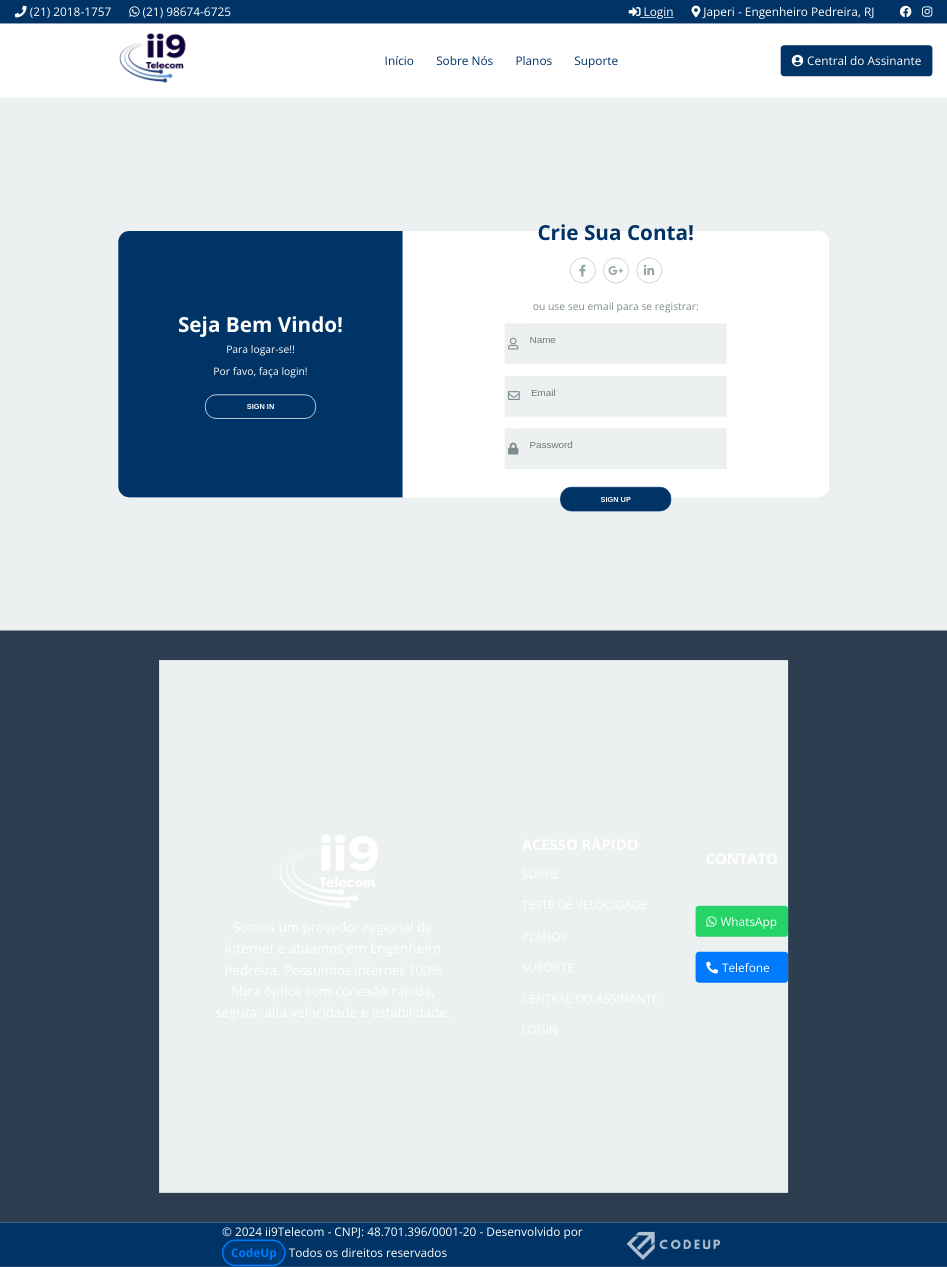
Repository: Gcodeco/ii9Telecom
Page: dist/public/screens/login.html
An editor plug-in stored every save of this project. The page is shown before and after the next save, followed by the edit.
The browser window is 1280 px wide. The pictures show the whole page, at 74% of full size.
Some web libraries are served in a nearby version.

Above is the page before, as saved 2024-10-31 19:40:58.
Console error: TypeError: Cannot read properties of null (reading 'addEventListener')

### dist/public/screens/login.html
<!DOCTYPE html>
<html lang="pt-br">
<head>
    <meta charset="UTF-8">
    <meta name="viewport" content="width=device-width, initial-scale=1.0">
    <title>ii9Telecom</title>
    <link rel="icon" href="img/fave.png" type="image/png">
    <link rel="stylesheet" href="../css/stylequemsomoslogo.css">

    <link rel="stylesheet" href="https://cdnjs.cloudflare.com/ajax/libs/font-awesome/5.15.4/css/all.min.css"> <!-- Para os ícones -->
    <link rel="stylesheet" href="https://cdnjs.cloudflare.com/ajax/libs/font-awesome/6.0.0-beta3/css/all.min.css">
    <link href="https://fonts.googleapis.com/css2?family=Roboto:wght@400;700&display=swap" rel="stylesheet">
    <link rel="stylesheet" href="../css/style.css">
    <link rel="stylesheet" href="https://use.fontawesome.com/releases/v5.8.2/css/all.css"
        integrity="sha384-oS3vJWv+0UjzBfQzYUhtDYW+Pj2yciDJxpsK1OYPAYjqT085Qq/1cq5FLXAZQ7Ay" crossorigin="anonymous">
</head>
<body>
    <header class="header-top">
        <div class="contact-info">
            <span><i class="fas fa-phone"></i> (21) 2018-1757</span>
            <span><i class="fab fa-whatsapp"></i> (21) 98674-6725</span>
        </div>
        <div class="social-info">

            <span><a href="login.html"><i class="fas fa-sign-in-alt"></i> Login</a></span>
            <span><i class="fas fa-map-marker-alt"></i> Japeri - Engenheiro Pedreira, RJ</span>
            <a href="https://facebook.com" target="_blank"><i class="fab fa-facebook"></i></a>
            <a href="https://instagram.com" target="_blank"><i class="fab fa-instagram"></i></a>
        </div>
    </header>

    <nav>
        <img src="../img/Novo Projeto.png" alt="ii9Telecom" class="logo1">
        <ul>
            <li><a href="../index.html">Início</a></li>
            <li><a href="#sobre">Sobre Nós</a></li>
            <li><a href="#planos">Planos</a></li>
            <section id="suporte">
                <li><a href="suporte">Suporte</a></li>
            </section>
        </ul>
        <section id="centraldoassinante">
        <a  href="https://ii9telecom.atlaz.com.br/central" class="subscriber-button">
            <i class="fas fa-user-circle"></i> Central do Assinante
        </a>
    </section>
    </nav>



    <div class="container">
        <div class="content first-content">
            <div class="first-column">
                <h2 class="title title-primary">Seja Bem Vindo!</h2>
                <p class="description description-primary">Para logar-se!!</p>
                <p class="description description-primary">Por favo, faça login!</p>
                <button id="signin" class="btn btn-primary">sign in</button>
            </div>
            <div class="second-column">
                <h2 class="title title-second">Crie Sua Conta!</h2>
                <div class="social-media">
                    <ul class="list-social-media">
                        <a class="link-social-media" href="#">
                            <li class="item-social-media">
                                <i class="fab fa-facebook-f"></i>
                            </li>
                        </a>
                        <a class="link-social-media" href="#">
                            <li class="item-social-media">
                                <i class="fab fa-google-plus-g"></i>
                            </li>
                        </a>
                        <a class="link-social-media" href="#">
                            <li class="item-social-media">
                                <i class="fab fa-linkedin-in"></i>
                            </li>
                        </a>
                    </ul>
                </div><!-- social media -->
                <p class="description description-second">ou use seu email para se registrar:</p>
                <form class="form">
                    <label class="label-input" for="">
                        <i class="far fa-user icon-modify"></i>
                        <input type="text" placeholder="Name">
                    </label>

                    <label class="label-input" for="">
                        <i class="far fa-envelope icon-modify"></i>
                        <input type="email" placeholder="Email">
                    </label>

                    <label class="label-input" for="">
                        <i class="fas fa-lock icon-modify"></i>
                        <input type="password" placeholder="Password">
                    </label>


                    <button class="btn btn-second">sign up</button>
                </form>
            </div><!-- second column -->
        </div><!-- first content -->
        <div class="content second-content">
            <div class="first-column">
                <h2 class="title title-primary">Olá Amigo!</h2>
                <p class="description description-primary">Insira seus dados pessoais</p>
                <p class="description description-primary">e comece a jornada conosco</p>
                <button id="signup" class="btn btn-primary">sign up</button>
            </div>
            <div class="second-column">
                <h2 class="title title-second">Faça Login na ii9TELECOM!</h2>
                <div class="social-media">
                    <ul class="list-social-media">
                        <a class="link-social-media" href="#">
                            <li class="item-social-media">
                                <i class="fab fa-facebook-f"></i>
                            </li>
                        </a>
                        <a class="link-social-media" href="#">
                            <li class="item-social-media">
                                <i class="fab fa-google-plus-g"></i>
                            </li>
                        </a>
                        <a class="link-social-media" href="#">
                            <li class="item-social-media">
                                <i class="fab fa-linkedin-in"></i>
                            </li>
                        </a>
                    </ul>
                </div><!-- social media -->
                <p class="description description-second">or use your email account:</p>
                <form class="form">

                    <label class="label-input" for="">
                        <i class="far fa-envelope icon-modify"></i>
                        <input type="email" placeholder="Email">
                    </label>

                    <label class="label-input" for="">
                        <i class="fas fa-lock icon-modify"></i>
                        <input type="password" placeholder="Password">
                    </label>

                    <a class="password" href="#">forgot your password?</a>
                    <button class="btn btn-second">sign in</button>
                </form>
            </div><!-- second column -->
        </div><!-- second-content -->
    </div>
    <script src="../js/app.js"></script>

    <section id="servicos-contato" class="faixa">
        <div class="container">

            <div class="texto-container">
                <img src="../img/Novo Projeto.png" alt="ii9Telecom" class="logo">
                <p class="texto1">Somos um provedor regional de internet e atuamos em Engenheiro Pedreira. Possuímos internet 100% fibra óptica com conexão rápida, segura, alta velocidade e estabilidade.</p>
            </div>
            <section id="acessorapido" class="acesso-rapido">
                <p class="titulo-acesso">ACESSO RÁPIDO</p>
                <p><a href="#sobre">SOBRE</a></p>
                <p><a href="https://fast.com/pt/" target="_blank">TESTE DE VELOCIDADE</a></p>
                <p><a href="#planos">PLANOS</a></p>
                <p><a href="#suporte">SUPORTE</a></p>
                <p><a href="#centraldoassinante">CENTRAL DO ASSINANTE</a></p>
                <p><a href="#login">LOGIN</a></p>
            </section>
            <section id="contato" class="contato-rapido">
                <p class="titulo-contato">CONTATO</p>

                <div class="botoes-contato">
                    <a href="https://api.whatsapp.com/send?phone=5521996830145" class="btn-whatsapp" target="_blank">
                        <i class="fab fa-whatsapp"></i> WhatsApp
                    </a>
                    <a href="tel:+5521996830145" class="btn-telefone">
                        <i class="fas fa-phone-alt"></i> Telefone
                    </a>
                </div>
            </section>
            </div>
            </section>

        </div>
    </section>



    <footer>
        <p>© 2024 ii9Telecom  - CNPJ: 48.701.396/0001-20 - Desenvolvido por <a href="mailto:codeco.gcs@gmail.com" class="destaque">CodeUp</a> Todos os direitos reservados       </p>
                      <img src="../img/CODEUP.png" alt="codeup">
    </footer>


    <script>
        let currentSlide = 0;

        function showSlide(index) {
            const slides = document.querySelectorAll('.carousel-image');
            if (index >= slides.length) {
                currentSlide = 0;
            } else if (index < 0) {
                currentSlide = slides.length - 1;
            } else {
                currentSlide = index;
            }

            slides.forEach((slide, i) => {
                slide.classList.remove('active');
                if (i === currentSlide) {
                    slide.classList.add('active');
                }
            });
        }

        function moveSlide(direction) {
            showSlide(currentSlide + direction);
        }

        // Mudar automaticamente de slide a cada 5 segundos
        setInterval(() => {
            moveSlide(1);
        }, 5000);


        const image = document.querySelector('.about-image');

image.addEventListener('mouseover', () => {
    image.style.transform = 'rotate(-5deg)';
});

image.addEventListener('mouseout', () => {
    image.style.transform = 'rotate(5deg)';
});
    </script>
</body>
</html>

### dist/public/css/style.css
@import url('https://fonts.googleapis.com/css?family=Open+Sans:300,400,700&display=swap');
* {
    margin: 0;
    padding: 0;
    box-sizing: border-box;

}
body {
    font-family: 'Open Sans', sans-serif;
}
.container {
    display: flex;
    justify-content: center;
    align-items: center;
    height: 100vh;
    background-color: #ecf0f1;
}
.content {
    background-color: #fff;
    border-radius: 15px;
    width: 960px;
    height: 50%;
    justify-content: space-between;
    align-items: center;
    position: relative;
}
.content::before {
    content: "";
    position: absolute;
    background-color: #003366;
    width: 40%;
    height: 100%;
    border-top-left-radius: 15px;
    border-bottom-left-radius: 15px;


    left: 0;
}
.title {
    font-size: 28px;
    font-weight: bold;

}
.title-primary {
    color: #fff;
}
.title-second {
    color: #003366;
}
.description {
    font-size: 14px;
    font-weight: 300;
    line-height: 30px;
}
.description-primary {
    color: #fff;
}
.description-second {
    color: #7f8c8d;
}
.btn {
    border-radius: 15px;
    text-transform: uppercase;
    color: #fff;
    font-size: 10px;
    padding: 10px 50px;
    cursor: pointer;
    font-weight: bold;
    width: 150px;
    align-self: center;
    border: none;
    margin-top: 1rem;
}
.btn-primary {
    background-color: transparent;
    border: 1px solid #fff;
    transition: background-color .5s;
}
.btn-primary:hover {
    background-color: #fff;
    color: #003366;
}
.btn-second {
    background-color: #003366;
    border: 1px solid #003366;
    transition: background-color .5s;
}
.btn-second:hover {
    background-color: #fff;
    border: 1px solid #003366;
    color: #003366;
}
.first-content {
    display: flex;
}
.first-content .second-column {
    z-index: 11;
}
.first-column {
    text-align: center;
    width: 40%;
    z-index: 10;
}
.second-column {
    width: 60%;
    display: flex;
    flex-direction: column;
    align-items: center;
}
.social-media {
    margin: 1rem 0;
}
.link-social-media:not(:first-child){
    margin-left: 10px;
}
.link-social-media .item-social-media {
    transition: background-color .5s;
}
.link-social-media:hover .item-social-media{
    background-color: #003366;
    color: #fff;
    border-color: #003366;
}
.list-social-media {
    display: flex;
    list-style-type: none;
}
.item-social-media {
    border: 1px solid #bdc3c7;
    border-radius: 50%;
    width: 35px;
    height: 35px;
    line-height: 35px;
    text-align: center;
    color: #95a5a6;
}
.form {
    display: flex;
    flex-direction: column;
    width: 55%;
}
.form input {
    height: 45px;
    width: 100%;
    border: none;
    background-color: #ecf0f1;
}
input:-webkit-autofill
{
    -webkit-box-shadow: 0 0 0px 1000px #ecf0f1 inset !important;
    -webkit-text-fill-color: #000 !important;
}
.label-input {
    background-color: #ecf0f1;
    display: flex;
    align-items: center;
    margin: 8px;
}
.icon-modify {
    color: #7f8c8d;
    padding: 0 5px;
}

/* second content*/

.second-content {
    position: absolute;
    display: flex;
}
.second-content .first-column {
    order: 2;
    z-index: -1;
}
.second-content .second-column {
    order: 1;
    z-index: -1;
}
.password {
    color: #34495e;
    font-size: 14px;
    margin: 15px 0;
    text-align: center;
}
.password::first-letter {
    text-transform: capitalize;
}



.sign-in-js .first-content .first-column {
    z-index: -1;
}

.sign-in-js .second-content .second-column {
    z-index: 11;
}
.sign-in-js .second-content .first-column {
    z-index: 13;
}

.sign-in-js .content::before {
    left: 60%;
    border-top-left-radius: 0;
    border-bottom-left-radius: 0;
    border-top-right-radius: 15px;
    border-bottom-right-radius: 15px;
    animation: slidein 1.3s; /*MODIFIQUEI DE 3s PARA 1.3s*/

    z-index: 12;
}

.sign-up-js .content::before {
    animation: slideout 1.3s; /*MODIFIQUEI DE 3s PARA 1.3s*/

    z-index: 12;
}

.sign-up-js .second-content .first-column,
.sign-up-js .second-content .second-column {
    z-index: -1;
}

.sign-up-js .first-content .second-column {
    z-index: 11;
}

.sign-up-js .first-content .first-column {
    z-index: 13;
}


/* DESLOCAMENTO CONTEÚDO ATRÁS DO CONTENT:BEFORE*/
.sign-in-js .first-content .second-column {

    z-index: -1;
    position: relative;
    animation: deslocamentoEsq 1.3s; /*MODIFIQUEI DE 3s PARA 1.3s*/
}

.sign-up-js .second-content .second-column {
    position: relative;
    z-index: -1;
    animation: deslocamentoDir 1.3s; /*MODIFIQUEI DE 3s PARA 1.3s*/
}

/*ANIMAÇÃOO CSS PARA O CONTEÚDO*/

@keyframes deslocamentoEsq {

    from {
        left: 0;
        opacity: 1;
        z-index: 12;
    }

    25% {
        left: -80px;
        opacity: .5;
        /* z-index: 12; NÃO HÁ NECESSIDADE */
    }

    50% {
        left: -100px;
        opacity: .2;
        /* z-index: 12; NÃO HÁ NECESSIDADE */
    }

    to {
        left: -110px;
        opacity: 0;
        z-index: -1;
    }
}


@keyframes deslocamentoDir {

    from {
        left: 0;
        z-index: 12;
    }

    25% {
        left: 80px;
        /* z-index: 12;  NÃO HÁ NECESSIDADE*/
    }

    50% {
        left: 100px;
        /* z-index: 12; NÃO HÁ NECESSIDADE*/
        /* background-color: yellow;  Exemplo que dei no vídeo*/
    }

    to {
        left: 110px;
        z-index: -1;
    }
}


/*ANIMAÇÃO CSS*/

@keyframes slidein {

    from {
        left: 0;
        width: 40%;
    }

    25% {
        left: 5%;
        width: 50%;
    }

    50% {
        left: 25%;
        width: 60%;
    }

    75% {
        left: 45%;
        width: 50%;
    }

    to {
        left: 60%;
        width: 40%;
    }
}

@keyframes slideout {

    from {
        left: 60%;
        width: 40%;
    }

    25% {
        left: 45%;
        width: 50%;
    }

    50% {
        left: 25%;
        width: 60%;
    }

    75% {
        left: 5%;
        width: 50%;
    }

    to {
        left: 0;
        width: 40%;
    }
}

/*VERSÃO MOBILE*/
@media screen and (max-width: 1040px) {
    .content {
        width: 100%;
        height: 100%;
    }

    .content::before {
        width: 100%;
        height: 40%;
        top: 0;
        border-radius: 0;
    }
    .first-content, .second-content {
        flex-direction: column;
        justify-content: space-around;
    }

    .first-column, .second-column {
        width: 100%;
    }

    .sign-in-js .content::before {
        top: 60%;
        left: 0;
        border-radius: 0;

    }

    .form {
        width: 90%;
    }

    /* ANIMAÇÃO MOBILE CSS*/

    @keyframes deslocamentoEsq {

        from {
            top: 0;
            opacity: 1;
            z-index: 12;
        }

        25% {
            top: -80px;
            opacity: .5;
            /* z-index: 12; NÃO HÁ NECESSIDADE */
        }

        50% {
            top: -100px;
            opacity: .2;
            /* z-index: 12; NÃO HÁ NECESSIDADE */
        }

        to {
            top: -110px;
            opacity: 0;
            z-index: -1;
        }
    }


    @keyframes deslocamentoDir {

        from {
            top: 0;
            z-index: 12;
        }

        25% {
            top: 80px;
            /* z-index: 12;  NÃO HÁ NECESSIDADE*/
        }

        50% {
            top: 100px;
            /* z-index: 12; NÃO HÁ NECESSIDADE*/
            /* background-color: yellow;  Exemplo que dei no vídeo*/
        }

        to {
            top: 110px;
            z-index: -1;
        }
    }



    @keyframes slidein {

        from {
            top: 0;
            height: 40%;
        }

        25% {
            top: 5%;
            height: 50%;
        }

        50% {
            top: 25%;
            height: 60%;
        }

        75% {
            top: 45%;
            height: 50%;
        }

        to {
            top: 60%;
            height: 40%;
        }
    }

    @keyframes slideout {

        from {
            top: 60%;
            height: 40%;
        }

        25% {
            top: 45%;
            height: 50%;
        }

        50% {
            top: 25%;
            height: 60%;
        }

        75% {
            top: 5%;
            height: 50%;
        }

        to {
            top: 0;
            height: 40%;
        }
    }

}

@media screen and (max-width: 740px) {
    .form {
        width: 50%;
    }
}

@media screen and (max-width: 425px) {
    .form {
        width: 100%;
    }
}

Loaded but not shown: dist/public/js/app.js (14 lines, source omitted); dist/public/css/stylequemsomoslogo.css (693 lines, source omitted)

After the next save:
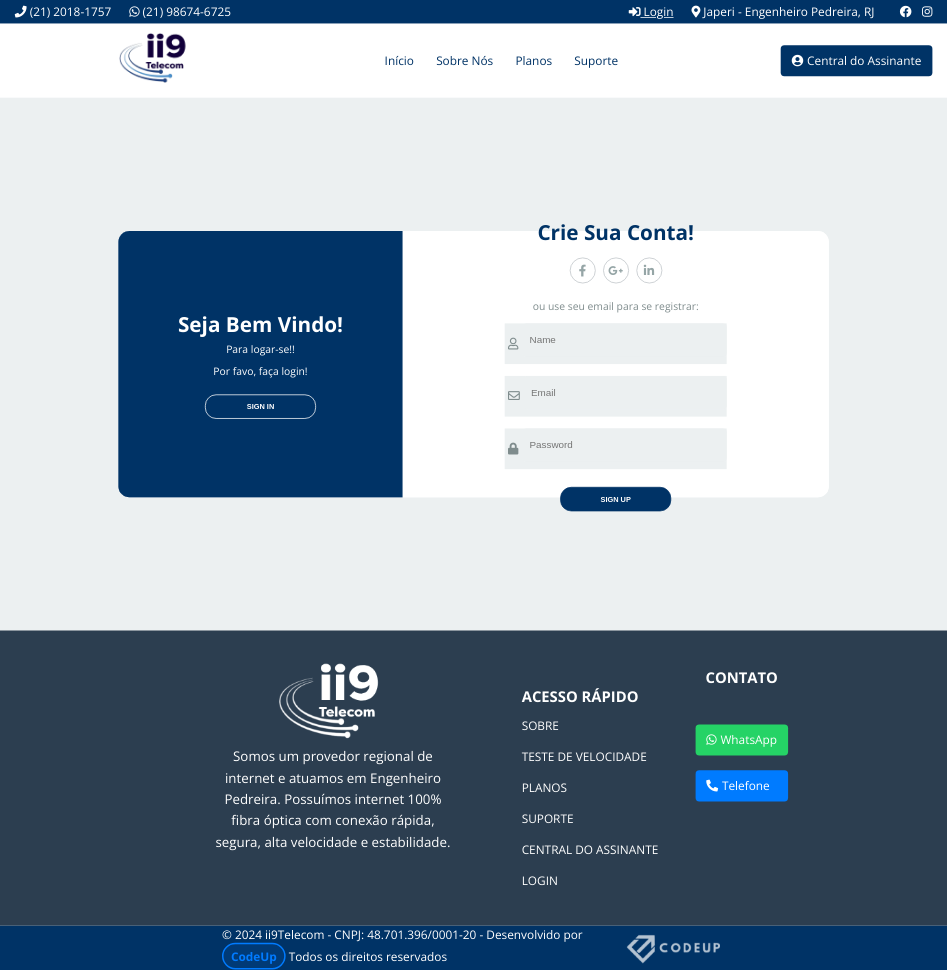
Saved 5 s later.
--- a/dist/public/screens/login.html
+++ b/dist/public/screens/login.html
@@ -149,7 +149,7 @@
     <script src="../js/app.js"></script>
 
     <section id="servicos-contato" class="faixa">
-        <div class="container">
+        <div class="container1">
 
             <div class="texto-container">
                 <img src="../img/Novo Projeto.png" alt="ii9Telecom" class="logo">
